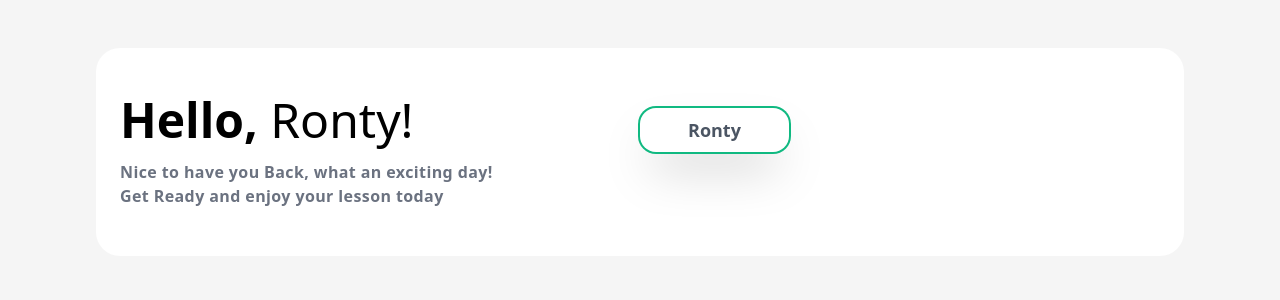
Repository: coolronts/Vite-Tailwind
Page: /
These files come from the project's save history. The page is drawn as it stood at one moment and after the next save; the edit follows.
The browser window is 1280 px wide. The pictures show the whole page.
The project was rebuilt for these pictures with package versions that can differ from the ones it lists, and the page was loaded fresh each time. Also part of the build but not shown: vite.config.js, src/components/Card/index.jsx.

Above is the page before, as saved 2021-11-26 07:12:38.

### src/App.jsx
import './App.css'

import { PrimaryButton, SecondaryButton } from './components/Button'

import {PrimaryCard} from './components/Card'
import SplitScreen from './components/SplitScreen'
import { useState } from 'react'

function App() {

  return (
    <div className="App bg-white my-12 mx-24 rounded-3xl px-6 py-12">
      <SplitScreen>
        <div id="left">
          <div>
            <h3 className="text-5xl font-sans font-bold mb-4">Hello, <span className="font-light">Ronty!</span> </h3>
            <h5 className="font-semibold tracking-wide text-gray-500">Nice to have you Back, what an exciting day!</h5>
            <h5 className="font-semibold tracking-wide text-gray-500">Get Ready and enjoy your lesson today</h5>

          </div>

        </div>

        <div id="right">
          <SecondaryButton name="Ronty"/>
        </div>


      </SplitScreen>
    </div>
  )
}

export default App

### src/components/Button/index.jsx
import React from 'react'

export const PrimaryButton = ({name}) =>{
  return (
    <button className="bg-green-500 px-12 py-2 ring-2 ring-green-500 text-white text-lg font-semibold shadow-2xl rounded-2xl mt-3">
      {name}
    </button>
  )
}

export const SecondaryButton = ({name}) =>{
  return (
    <button className="bg-white px-12 py-2 ring-2 ring-green-500 text-gray-600 text-lg font-semibold shadow-2xl rounded-2xl mt-3">
      {name}
    </button>
  )
}

### src/components/SplitScreen/index.jsx
import PropTypes from 'prop-types'
import React from "react"
import tw from "tailwind-styled-components"

const Container = tw.div`${(props) => props.weight}`;

const Pane = tw.div`${(props) => props.weight}`;

const SplitScreen = ({
	children,
	containerWeight = 'flex w-full',
  leftWeight = 'w-1/2',
	rightWeight = 'w-1/2',
}) => {
	const [left, right] = children;
	return (
		<Container className={containerWeight}>
			<Pane className={leftWeight}>
				{left}
			</Pane>
			<Pane className={rightWeight}>
				{right}
			</Pane>
		</Container>
	);
}

export default SplitScreen

SplitScreen.propTypes = {
	children: PropTypes.arrayOf(PropTypes.node).isRequired,
	containerWeight: PropTypes.string,
	leftWeight: PropTypes.string,
	rightWeight: PropTypes.string,
}

Loaded but not shown: index.html (common file); src/main.jsx (common file); src/index.css (common file); src/App.css (common file); tailwind.config.js (common file)

After the next save:
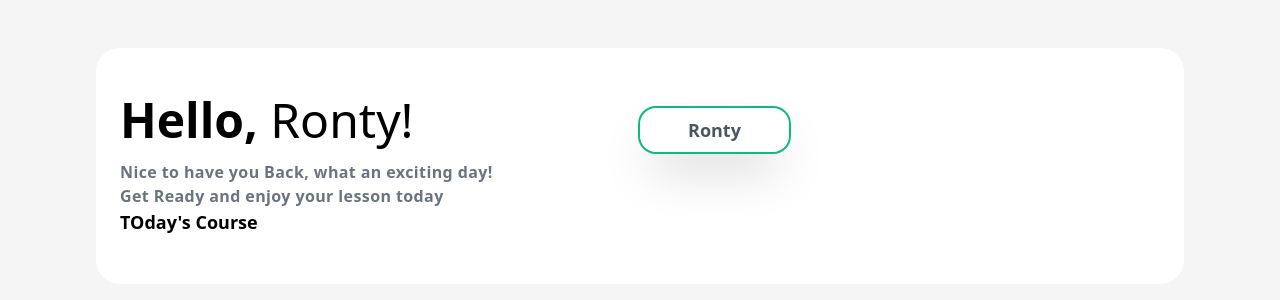
Saved 57 s later.
--- a/src/App.jsx
+++ b/src/App.jsx
@@ -16,7 +16,10 @@ function App() {
             <h3 className="text-5xl font-sans font-bold mb-4">Hello, <span className="font-light">Ronty!</span> </h3>
             <h5 className="font-semibold tracking-wide text-gray-500">Nice to have you Back, what an exciting day!</h5>
             <h5 className="font-semibold tracking-wide text-gray-500">Get Ready and enjoy your lesson today</h5>
+          </div>
 
+          <div>
+            <p className="text-lg font-bold">TOday's Course</p>
           </div>
 
         </div>
